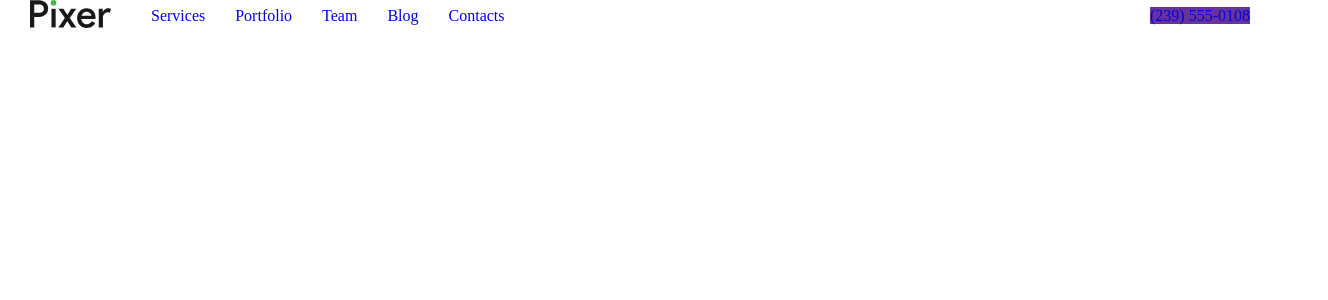
Repository: UlugbekAbdurasulov/pixar
Page: index.html
These files come from the project's save history. The page is drawn as it stood at one moment and after the next save; the edit follows.
The browser window is 1280 px wide. The page is 1280 px wide, then 1328 px, so the pictures cover 1328 px, including what lies to the right of the window. The pictures show the whole page.

Above is the page before, as saved 2023-06-04 23:11:47.

### index.html
<!DOCTYPE html>
<html lang="en">
  <head>
    <meta charset="UTF-8" />
    <meta http-equiv="X-UA-Compatible" content="IE=edge" />
    <meta name="viewport" content="width=device-width, initial-scale=1.0" />

    <link rel="stylesheet" href="./css/main.css" />
    <title>Imthon</title>
  </head>
  <body>
    <header class="navbar">
      <div class="container">
        <div class="navbar-box">
          <div class="navvar-right">
            <a href="#"
              ><img
                src="./image/logo.svg"
                width="81"
                height="28"
                alt="pixer campaign lagatip"
            /></a>

            <nav class="navbar-naving">
              <ul class="navvar-helper">
                <li class="navbar-menu"><a href="#">Services</a></li>
                <li class="navbar-menu"><a href="#">Portfolio</a></li>
                <li class="navbar-menu"><a href="#">Team</a></li>
                <li class="navbar-menu"><a href="#">Blog</a></li>
                <li class="navbar-menu"><a href="#">Contacts</a></li>
              </ul>
            </nav>
          </div>
          <div class="navbar-link">
            <a class="navbar-enker" href="tel:2395550108">(239) 555-0108 </a>
          </div>
        </div>
      </div>
    </header>
  </body>
</html>

### css/main.css
/* plus-jakarta-sans-regular - latin */
@font-face {
    font-display: swap; /* Check https://developer.mozilla.org/en-US/docs/Web/CSS/@font-face/font-display for other options. */
    font-family: 'Plus Jakarta Sans';
    font-style: normal;
    font-weight: 400;
    src: url('../fontFamly/plus-jakarta-sans-v7-latin-regular.woff2') format('woff2'); /* Chrome 36+, Opera 23+, Firefox 39+, Safari 12+, iOS 10+ */
    src:    url('../fontFamly/plus-jakarta-sans-v7-latin-regular.woff') format('woff'); /* Chrome 5+, Firefox 3.6+, IE 9+, Safari 5.1+, iOS 5+ */
      }

  @font-face {
    font-display: swap; /* Check https://developer.mozilla.org/en-US/docs/Web/CSS/@font-face/font-display for other options. */
    font-family: 'Plus Jakarta Sans';
    font-style: italic;
    font-weight: 500;
    src:   url('../fontFamly/plus-jakarta-sans-v7-latin-500italic.woff2') format('woff2'); /* Chrome 36+, Opera 23+, Firefox 39+, Safari 12+, iOS 10+ */
    src:   url('../fontFamly/plus-jakarta-sans-v7-latin-500italic.woff') format('woff'); /* Chrome 5+, Firefox 3.6+, IE 9+, Safari 5.1+, iOS 5+ */
       }

  @font-face {
    font-display: swap; /* Check https://developer.mozilla.org/en-US/docs/Web/CSS/@font-face/font-display for other options. */
    font-family: 'Plus Jakarta Sans';
    font-style: normal;
    font-weight: 600;
 src:  url('../fontFamly/plus-jakarta-sans-v7-latin-600.woff2') format('woff2'); /* Chrome 36+, Opera 23+, Firefox 39+, Safari 12+, iOS 10+ */
 src:      url('../fontFamly/plus-jakarta-sans-v7-latin-600.woff') format('woff'); /* Chrome 5+, Firefox 3.6+, IE 9+, Safari 5.1+, iOS 5+ */
      }

  @font-face {
    font-display: swap; /* Check https://developer.mozilla.org/en-US/docs/Web/CSS/@font-face/font-display for other options. */
    font-family: 'Plus Jakarta Sans';
    font-style: normal;
    font-weight: 700;
    src:  url('../fontFamly/plus-jakarta-sans-v7-latin-700.woff2') format('woff2'); /* Chrome 36+, Opera 23+, Firefox 39+, Safari 12+, iOS 10+ */
      src:   url('../fontFamly/plus-jakarta-sans-v7-latin-700.woff') format('woff'); /* Chrome 5+, Firefox 3.6+, IE 9+, Safari 5.1+, iOS 5+ */

  }





* {
    box-sizing: border-box;
    text-decoration: none;
    list-style: none;
  }
  body {
    margin: 0;
    padding: 0;
    background-color: #fff;
  }
  .container {
    width: 1260px;
    margin: 0px auto;
  padding: 0 20px;
  }
.navbar-box{
    display: flex;
    justify-content: space-between;
    align-items: center;
    margin: 0;
}

.navvar-right{
    display: flex;
    justify-content: center;
    align-items: center;
    margin: 0;
}
 .navvar-helper{
    display: flex;
    margin: 0;
 }
.navbar-menu{
    margin-right: 30px;
}
.navbar-enker{
    margin: auto right;
    background-color:rebeccapurple;
}

### image/logo.svg
<svg width="81" height="28" viewBox="0 0 81 28" fill="none" xmlns="http://www.w3.org/2000/svg">
<path d="M0 27.3919V0.303287H9.34316C10.5077 0.295204 11.664 0.499932 12.7556 0.907471C13.7897 1.29072 14.742 1.86772 15.5618 2.6078C16.3947 3.36821 17.057 4.29789 17.5046 5.3351C17.9523 6.3723 18.175 7.49328 18.158 8.62358C18.1698 9.74744 17.9445 10.8611 17.497 11.8913C17.0496 12.9215 16.39 13.8449 15.5618 14.6008C14.7422 15.3412 13.7899 15.9182 12.7556 16.3011C11.6648 16.7088 10.5093 16.9139 9.34542 16.9065H4.25674V27.3862L0 27.3919ZM9.45604 12.8257C10.1017 12.8382 10.7431 12.7171 11.34 12.4697C11.8662 12.2485 12.3409 11.92 12.7341 11.5051C13.1055 11.1105 13.3993 10.649 13.5999 10.1448C13.7961 9.66446 13.8984 9.15069 13.9013 8.63152C13.8979 7.55157 13.4798 6.51456 12.7341 5.73642C12.3077 5.30129 11.7976 4.95789 11.2348 4.72715C10.672 4.49641 10.0684 4.38315 9.46056 4.39429H4.25674V12.8302L9.45604 12.8257Z" fill="#191919"/>
<path d="M21.4734 8.85371V27.3919H25.6556V8.85371H21.4734Z" fill="#191919"/>
<path d="M26.3611 2.83451C26.3674 3.20623 26.2989 3.57538 26.1598 3.91992C26.0208 4.26446 25.814 4.57731 25.5518 4.83977C25.2975 5.10879 24.9903 5.32169 24.6496 5.46494C24.3089 5.60819 23.9422 5.67864 23.573 5.6718V0.000627874C23.9422 -0.00592918 24.3088 0.0646457 24.6494 0.207876C24.9901 0.351106 25.2973 0.563865 25.5518 0.832657C25.8134 1.09484 26.0199 1.40716 26.1589 1.75105C26.2979 2.09495 26.3667 2.4634 26.3611 2.83451Z" fill="#35AF39"/>
<path d="M23.5696 0.000636352V5.67521C23.1955 5.68389 22.8238 5.61441 22.4779 5.47118C22.132 5.32795 21.8195 5.11409 21.5603 4.84318C21.2969 4.58076 21.0891 4.26751 20.9494 3.92231C20.8097 3.5771 20.7411 3.20708 20.7475 2.83452C20.7422 2.46314 20.8114 2.09449 20.9511 1.75055C21.0907 1.40662 21.2979 1.09445 21.5603 0.832666C21.8199 0.562198 22.1324 0.34864 22.4782 0.205443C22.824 0.0622456 23.1956 -0.00748732 23.5696 0.000636352Z" fill="#35AF39"/>
<path d="M34.8486 17.9709L28.481 8.85371H33.3417L37.3343 14.7176H37.4471L41.1722 8.85371H46.2203L39.7781 17.9709L46.3331 27.3919H41.3664L37.3726 21.3387H37.2598L33.2999 27.3919H28.3681L34.8486 17.9709Z" fill="#191919"/>
<path d="M65.2893 22.9653C64.4947 24.4194 63.3552 25.654 61.9717 26.5598C60.5419 27.5196 58.7843 27.9995 56.699 27.9995C55.3882 28.0133 54.088 27.7623 52.8757 27.2615C51.7354 26.7889 50.7032 26.0872 49.8426 25.1996C48.9783 24.302 48.2996 23.2413 47.8458 22.0789C47.3571 20.8192 47.1142 19.4769 47.1301 18.1251C47.1227 16.8268 47.3523 15.5382 47.8074 14.3231C48.2358 13.1637 48.8815 12.0975 49.7094 11.182C50.5737 10.2405 51.6261 9.49271 52.7979 8.98757C53.9696 8.48244 55.2344 8.23133 56.5094 8.25066C57.9392 8.25066 59.214 8.49022 60.3338 8.96934C61.4151 9.42349 62.3856 10.1076 63.1784 10.9746C63.9808 11.8743 64.5899 12.9305 64.9676 14.0771C65.3926 15.3558 65.6028 16.6966 65.5895 18.0446V18.3846C65.5654 18.4964 65.5526 18.6104 65.5512 18.7247C65.5266 18.8237 65.514 18.9253 65.5139 19.0274H51.3123C51.3651 19.8327 51.583 20.6185 51.9524 21.3353C52.2761 21.9571 52.7174 22.5096 53.2516 22.9619C53.7568 23.3856 54.3391 23.7067 54.9663 23.9073C55.562 24.1045 56.1847 24.2066 56.8119 24.21C58.016 24.21 59.0082 23.9202 59.7886 23.3405C60.5665 22.7601 61.2192 22.0274 61.7075 21.1868L65.2893 22.9653ZM61.4073 15.8149C61.3409 15.3791 61.2207 14.9534 61.0495 14.5476C60.85 14.0652 60.5555 13.6284 60.1837 13.2632C59.7461 12.8402 59.2354 12.5006 58.6767 12.2612C58.0619 11.9838 57.315 11.8452 56.436 11.8452C55.2319 11.8452 54.1957 12.2045 53.3273 12.9232C52.4588 13.6418 51.8749 14.6057 51.5753 15.8149H61.4073Z" fill="#191919"/>
<path d="M68.7547 8.85369H72.7055V11.6536H72.9313C73.1688 11.1616 73.4819 10.7102 73.8591 10.316C74.247 9.89965 74.6912 9.54019 75.1787 9.24817C75.6682 8.95657 76.186 8.71577 76.7241 8.5295C77.226 8.34898 77.7544 8.25397 78.2875 8.24837C78.8074 8.23859 79.3264 8.29612 79.8317 8.41954C80.2394 8.52653 80.632 8.68498 81 8.8911L79.7944 12.7123C79.4992 12.5808 79.1891 12.4856 78.8711 12.4289C78.4668 12.3607 78.0573 12.3288 77.6474 12.3337C77.0015 12.3262 76.3626 12.4698 75.7815 12.7531C75.2163 13.0321 74.7108 13.4195 74.2937 13.8935C73.8555 14.3945 73.5168 14.9752 73.2959 15.604C73.0551 16.2746 72.9339 16.9826 72.938 17.6954V27.3918H68.7614L68.7547 8.85369Z" fill="#191919"/>
</svg>

After the next save:
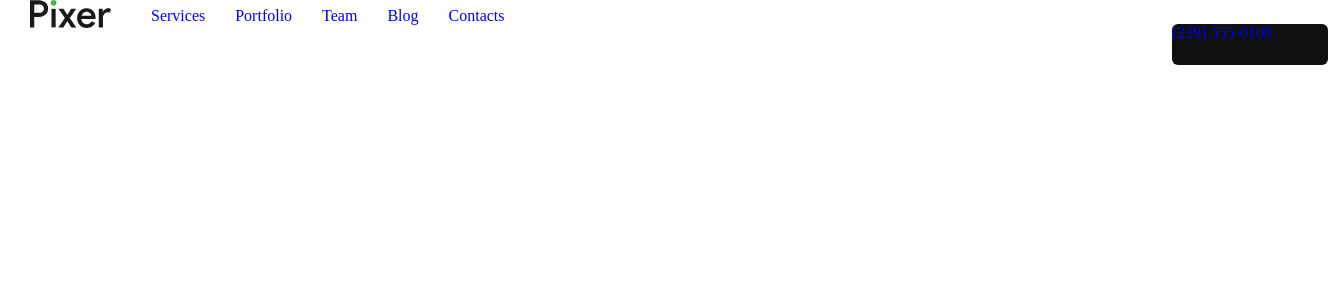
Saved 23 s later.
--- a/css/main.css
+++ b/css/main.css
@@ -78,4 +78,12 @@
 .navbar-enker{
     margin: auto right;
     background-color:rebeccapurple;
+    position: absolute;
+width: 156px;
+height: 41px;
+left: 1172px;
+top: 24px;
+
+background: #101010;
+border-radius: 6px;
 }
